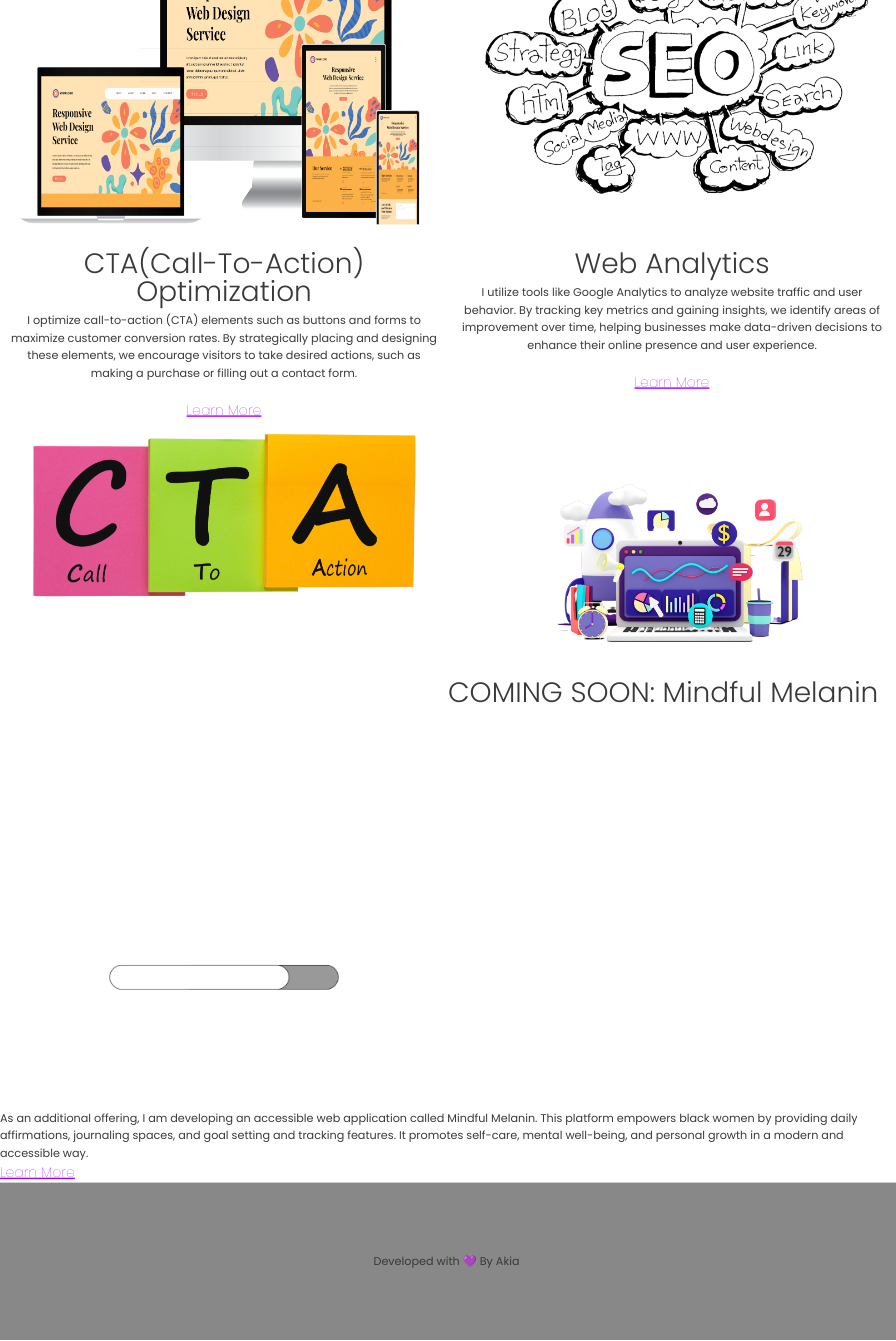
Repository: akiachenise/akiachenise.github.io
Page: index.html
An editor plug-in stored every save of this project. The page is shown before and after the next save, followed by the edit.
The browser window is 1280 px wide. The pictures show the part of the page from y = 968 to 2888 px (the page is 2883 px tall before and 2888 px after), at 70% of full size.

Above is the page before, as saved 2023-06-08 19:58:39.

### index.html
<!DOCTYPE html>
<html lang = "en">
<head>
     <meta charset="utf-8" />
     <title>Developed By Akia</title>
     <link rel="stylesheet" href="css/styles.css" />
     <meta name="viewport" content="width=device-width, initial-scale=1">

</head>
<body>
    <header>
        <div class="switch">
            <div class="flicker"></div>
            <div class="moon"></div>
        </div>
    </header>

    <section class="main">
        <div class="main-text">
            <h1>Hi I'm Akia</h1>
            <p>I'm a Full Stack Software Developer, and Accessibility Advocate</p>
            <br/>
            <p>I am passionate about Mindful Web Development and creating user-centric experiences</p>
            <br/>
            <a href="#footer">contact me ></a>
        </div>

        </section>
    <section class="sub-section">
        <div class="square" id="web-design">
            <h2>Web Design and Development</h2>
            <p>I specialize in creating accessible mobile-first designs that engage users and drive results. Working closely with clients, we understand their needs and goals, delivering unique online experiences that align with their brand identity and business objectives</p>
            </br>
            <a href="">Learn More</a>
        </div>
        <div class="square" id="search-engine">
            <h2>Search Engine Optimization(SEO)</h2>
            <p>I help businesses improve their online presence and boost customer conversion rates through effective Search Engine Optimization. This includes comprehensive keyword research, technical SEO, and local SEO strategies to enhance visibility and attract organic traffic.</p>
            </br>
            <a href="">Learn More</a>
        </div>
        <div class="square" id="call-to-action">
            <h2>CTA(Call-To-Action) Optimization</h2>
            <p>I optimize call-to-action (CTA) elements such as buttons and forms to maximize customer conversion rates. By strategically placing and designing these elements, we encourage visitors to take desired actions, such as making a purchase or filling out a contact form.</p>
            </br>
            <a href="">Learn More</a>
        </div>
        <div class="square" id="web-analytics">
            <h2>Web Analytics</h2>
            <p>I utilize tools like Google Analytics to analyze website traffic and user behavior. By tracking key metrics and gaining insights, we identify areas of improvement over time, helping businesses make data-driven decisions to enhance their online presence and user experience.</p>
            </br>
            <a href="">Learn More</a>
        </div>
        <div class="square" id="coming-soon"></div>
            <h2>COMING SOON: Mindful Melanin</h2>
            <p>As an additional offering, I am developing an accessible web application called Mindful Melanin. This platform empowers black women by providing daily affirmations, journaling spaces, and goal setting and tracking features. It promotes self-care, mental well-being, and personal growth in a modern and accessible way.</p>
            </br>
            <a href="">Learn More</a>
        </div>
    </section>

        <footer id ="footer">
            <p>Developed with 💜 By Akia</p> &nbsp; <p><a href="mailto:developedbyakia@gmail.com"></a></p>


            <script src="scripts.js></script>
        </body>
    </html>

### css/styles.css
@import url('https://fonts.googleapis.com/css2?family=Poppins:ital,wght@0,100;0,200;0,300;0,400;0,500;0,600;0,700;0,800;0,900;1,100;1,200;1,400;1,500;1,600;1,700;1,800;1,900&display=swap');

body {
    transition: 0.3s;
    margin: 0;
    padding:0;
    background-color: 241, 239, 239);
    font-family: 'Poppins', sans-serif;
    color: rgb(57, 57, 57);
}
h1 {
    font-size: 70px;
    line-height:70px;
    font-weight: 300;
    margin: 10px 0;
}

h2 {
    font-size: 40px;
    line-height: 40px;
    font-weight: 300;
    margin: 10px 0;
}

p {
    margin: 0px;
    font-size 20px;
}

a {
    color:rgb(162, 0, 255);
    font-size: 20px;
    font-weight: 100;
}

.dark a {
    color: rgb(246, 169, 241);
}


header {
    display: flex;
    justify-content: flex-end;
    padding: 30px;
}

.switch {
  width: 80px;
  height: 40px;
  border-radius: 20px;
  background-color: rgb(39, 38, 38);
  position:relative:
}

.flicker {
  width: 30px;
  height: 30px;
  border-radius: 15px;
  background-color: rgb(255, 255, 255);
  position:absolute;
  top: 5px;
  left: 5px;
  transition: 0.3s;
  box-shadow:
    inset 4px 4px 4px rgb(255, 255, 255);
    inset -4px -4px -1px rgb(195 193 198 / 90%);
}

.dark {
    background-color: rgb(57, 57, 57);
    transition: 0.3s;
}

.moon {
    width: 20px;
    height: 20px;
    border-radius: 10px;
    box-shadow: 4px 4px 0 0 rgb(255, 255, 255);
    position: absolute;
    top: 5px;
    left: 45px;
}

.dark .flicker {
    transform: translateX(40px);
}

.dark > * {
    color: rgb(255, 255, 255);
}

.main{
    height: 80vh;
}
.main-text {
    width: 50%;
    padding: 30px;
}

.square{
    width: 98%%;
    margin: 1%
    height: 350px;
    background-color: rgb(255, 255, 255);
    text-align: center;
}

.dark .square {
    background-color: rgb(71, 71, 71);
}
#web-design {
    background-image: url("../images/web-design.png");
    background-size: cover;
}

#search-engine {
    background-image: url("../images/search-engine.png");
    background-size: cover;
}

#call-to-action {
    background-image: url("../images/call-to-action.png");
    background-size: cover;
}

#web-analytics {
    background-image: url("../images/web-analytics.png");
    background-size: cover;
}

#coming-soon {
    background-image: url("../images/coming-soon-light.png");
    background-size: cover;
}

.dark #coming-soon {
    background-image: url("../images/coming-soon-dark.png");
    background-size: cover;
}



.sub-section {
    display: flex;
    flex-wrap: wrap;
}

footer {
    display: flex;
    justify-content: center;
    padding: 100px 30px;
    background-color: rgb(136, 136, 136);
}

.dark footer {
    background-color: (28, 28, 28);
}


@media only screen and (min-width: 970px) {
    .square {
        width: 48%;
        margin: 1%;
        height: 600px;
    }

}
}

After the next save:
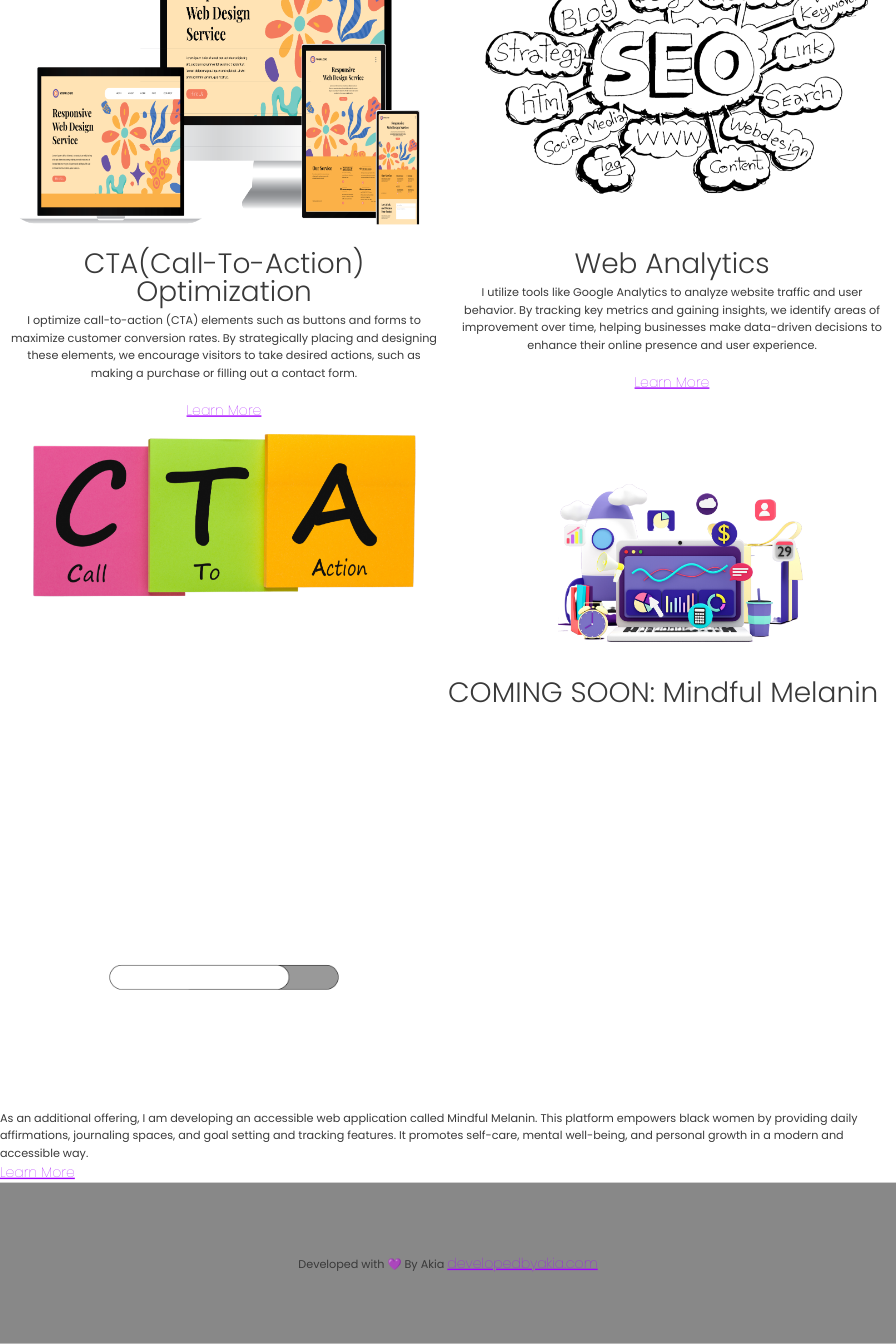
Saved 4 min 37 s later.
--- a/index.html
+++ b/index.html
@@ -60,7 +60,7 @@
     </section>
 
         <footer id ="footer">
-            <p>Developed with 💜 By Akia</p> &nbsp; <p><a href="mailto:developedbyakia@gmail.com"></a></p>
+            <p>Developed with 💜 By Akia <a href="mailto:developedbyakia@gmail.com">developedbyakia.com</a></p>
 
 
             <script src="scripts.js></script>
